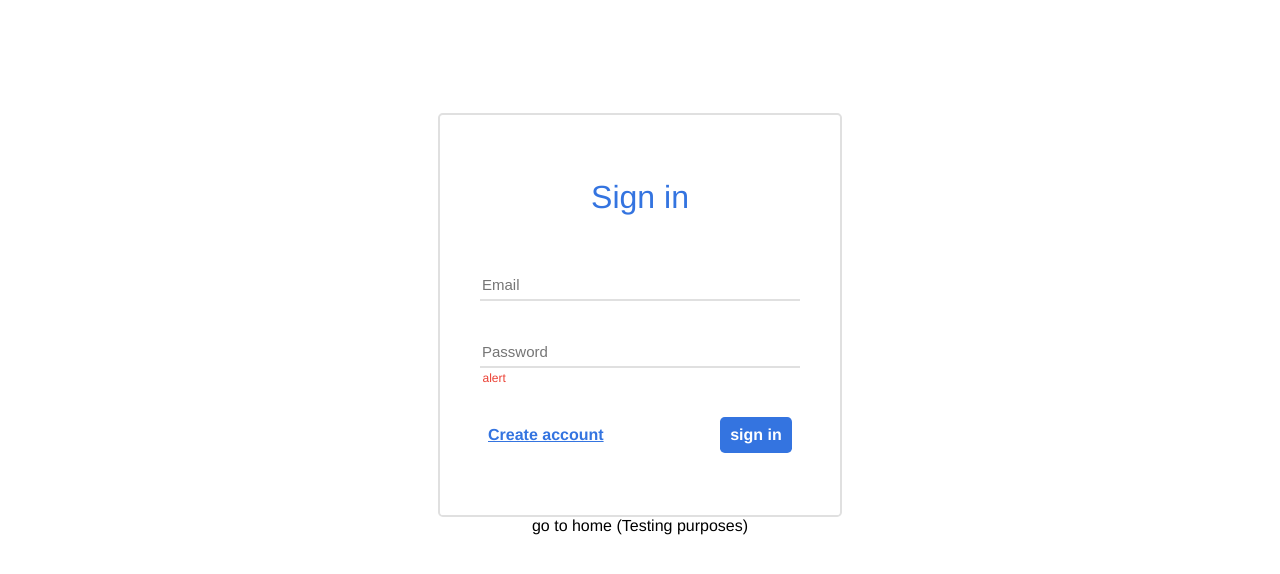
Repository: MohannadSoliman/mail-server-web
Page: / (app in frontend/)
An editor plug-in stored every save of this project. The page is shown before and after the next save, followed by the edit.
The browser window is 1280 px wide. The pictures show the whole page.
The project was rebuilt for these pictures with package versions that can differ from the ones it lists, and the page was loaded fresh each time. Also part of the build but not shown: frontend/src/views/signUp.vue, frontend/src/components/sideMenu/folder.vue, frontend/src/components/sideNav.vue, frontend/src/components/header/searchBar.vue, frontend/src/components/header.vue, frontend/src/components/controlBar.vue, frontend/src/components/compose.vue, frontend/src/components/compose/emailCard.vue and 1 more.

Above is the page before, as saved 2020-12-21 22:47:00.

After the next save:
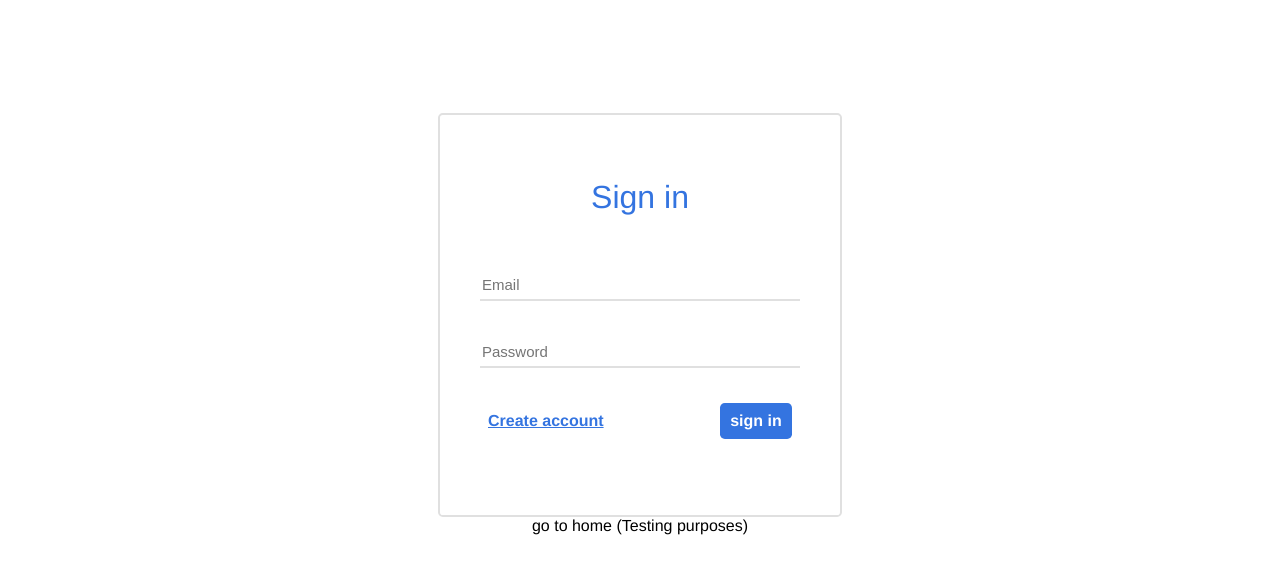
Saved 14 s later.
--- a/frontend/src/views/signIn.vue
+++ b/frontend/src/views/signIn.vue
@@ -6,7 +6,7 @@
         <input id ="email" placeholder="Email" type="text">
         <div class="alert" id="signIn-email-alert"></div>
         <input id="pass" placeholder="Password" type="password">
-        <div class="alert" id="signIn-password-alert">alert</div>
+        <div class="alert" id="signIn-password-alert"></div>
         <div class="nav">
           <div id="create-account" @click="goToSignUp()">Create account</div>
           <div id="sign-in-btn" @click="Check()" >sign in</div>
